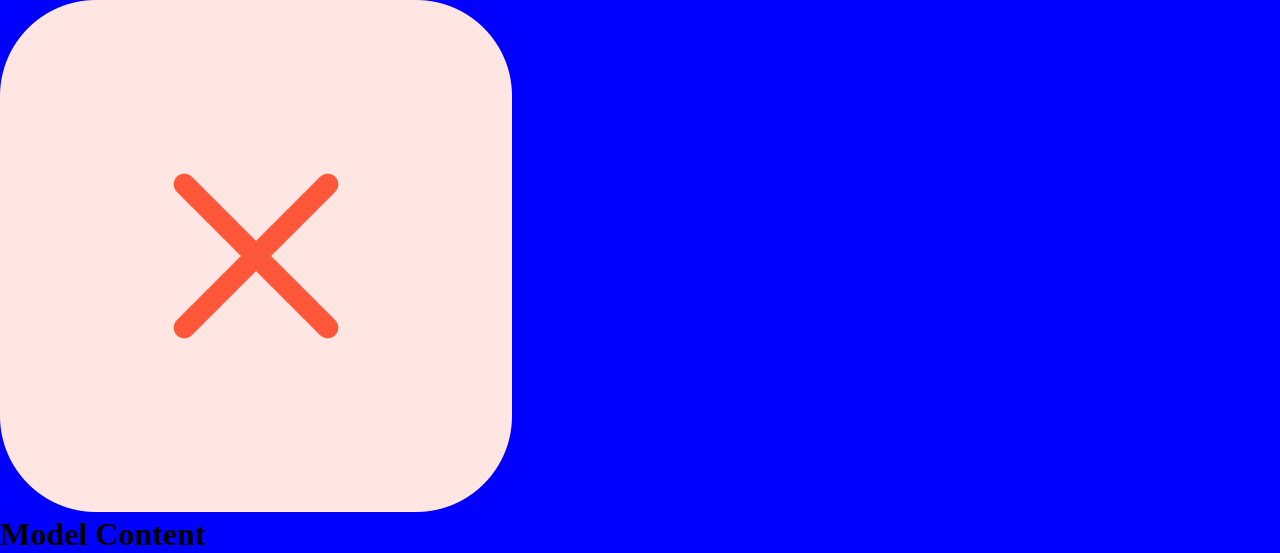
Repository: Trapti10/20-js-practice-projects-in-7-days-challenge
Page: Project_4_Modal_Project/index.html
The author's editor kept a copy of each file at every save. The page is drawn from the files as they stood at one save, then again after a run of saves.
The browser window is 1280 px wide. The pictures show the part of the page from y = 720 to 1273 px (the page is 1273 px tall).

Above is the page before, as saved 2025-11-24 10:52:06.

### Project_4_Modal_Project/index.html
<!DOCTYPE html>
<html lang="en">
<head>
    <meta charset="UTF-8">
    <meta name="viewport" content="width=device-width, initial-scale=1.0">
    <title>Modal Project</title>
    <link rel="stylesheet" href="style.css">
</head>
<body>
     <div class="bg-img"  background-img>

    </div>
    <div class="card">
        <h1>Modal Project</h1>

        <button class="Open">
            Open Model
        </button>
       </div>
       <div class="modal-overlay">
        <div class="madal-container">
            <img src="assests/close.png" alt="">
            <div class="modalContent">
                <h1>Model Content</h1>
            </div>
        </div>
       </div>
    <script src="script.js"></script>
</body>
</html>

### Project_4_Modal_Project/style.css
*{
    margin: 0;
    padding: 0;
}

.bg-img{
    height: 100vh;
    background-position: center center;
    background-repeat: no-repeat;
    position: relative;
    background-size: max(2200px, 100vw);
    background-image: url("https://png.pngtree.com/thumb_back/fh260/background/20230714/pngtree-simplicity-in-blue-a-living-room-interior-design-with-decor-and-image_3888158.jpg");
    background-repeat: no-repeat;
    align-items: center;
    margin-top: 0;
    align-items: center;

}

.card{
    position: absolute;
    top: 25%;
    left: 37%;
    background: white;
    max-height: 250px;
    max-width: 400px;
    height: 100%;
    width: 100%;
    display: flex;
    justify-content: center;
    align-items:center ;
    flex-direction: column;
    border: none;
    border-radius: 10px;
    gap: 30px;
}

button{
    height: 25px;
    width: 110px;
    color: white;
    background: rgb(29, 166, 246);
    border: none;
    letter-spacing: 2px;
    border-radius: 5px;
    padding: 0 4px;
}

button:hover{
    background: transparent;
    color: black;
    border: 2px solid rgb(29, 166, 246);
}

.modal-overlay{
    background: blue;
}

Loaded but not shown: Project_4_Modal_Project/script.js (no stored copy; drawn as an empty file)

After the next 2 saves:
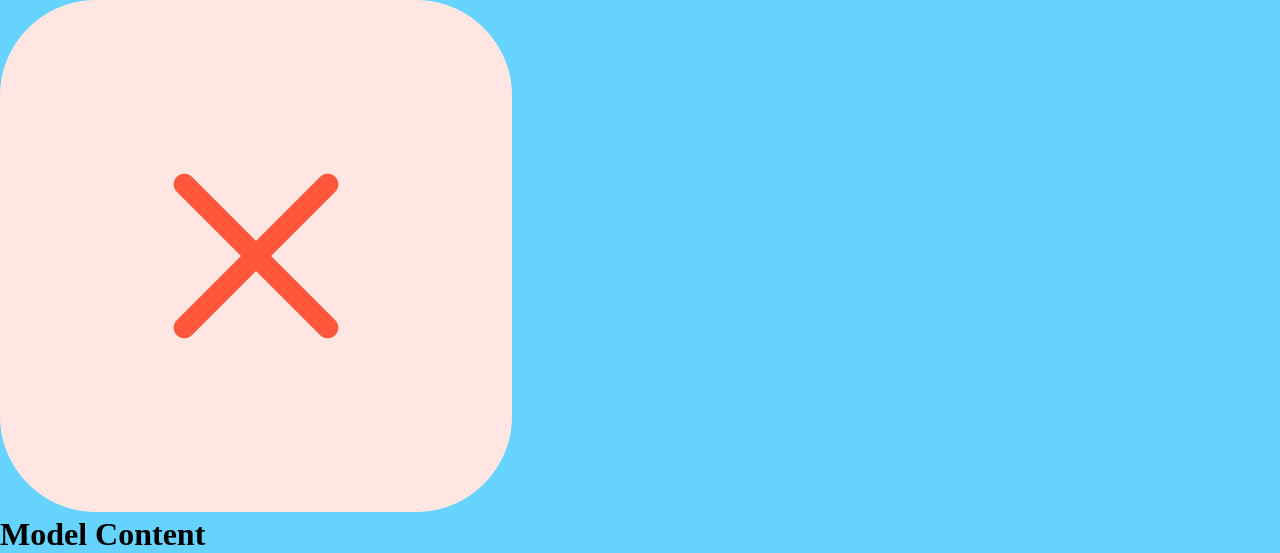
The 2 saves are shown as one change because they came seconds apart.
The last was saved 6 s later.
--- a/Project_4_Modal_Project/style.css
+++ b/Project_4_Modal_Project/style.css
@@ -53,5 +53,5 @@ button:hover{
 }
 
 .modal-overlay{
-    background: blue;
+    background: rgb(101, 211, 254);
 }
